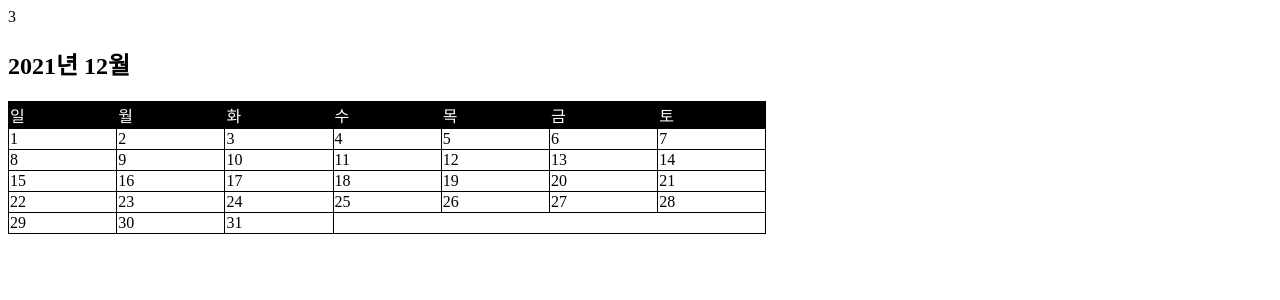
Repository: MegiLove/jspStudy
Page: http://localhost/day1210/calendarTest.jsp
The author's editor kept a copy of each file at every save. The page is drawn from the files as they stood at one save, then again after the next save.
The browser window is 1280 px wide. The pictures show the whole page.
The page is served by Tomcat 9.

Above is the page before, as saved 2021-12-10 06:16:45.

After the next save:
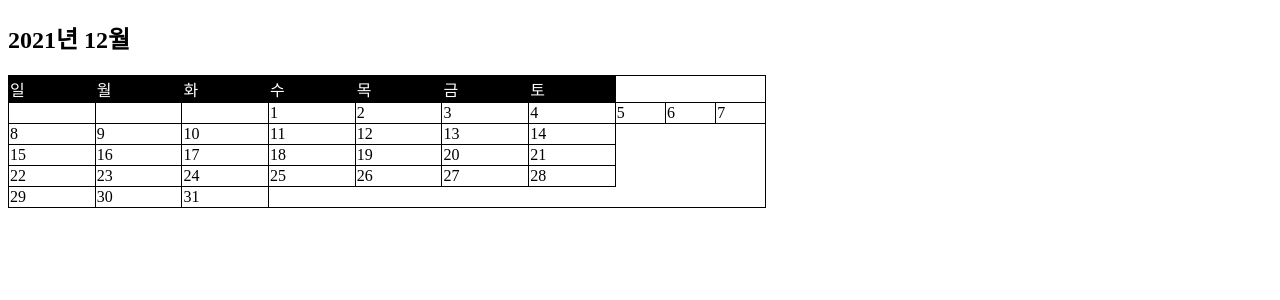
Saved 85 s later.
--- a/day1210/src/main/webapp/calendarTest.jsp
+++ b/day1210/src/main/webapp/calendarTest.jsp
@@ -32,7 +32,6 @@
 
 		int startDay = startDate.getDay();
 	%>
-	<%=startDay %>
 	<h2><%=year+1900%>년 <%=month+1 %>월</h2>
 
 	<table>
@@ -47,6 +46,14 @@
 	</tr>
 	<tr>
 	<%
+	for(int i=1; i<=startDay; i++) {
+		%>
+		<td>&nbsp;</td>
+		<%
+
+	}
+	%>
+	<%
 		for(int i=1; i<=31; i++){
 			%>
 			<td><%=i %></td>
@@ -58,12 +65,7 @@
 			}
 		}
 
-	for(int i=1; i<=startDay; i++) {
-		%>
 
-		<%
-
-	}
 	%>
 	</tr>
 	</table>
